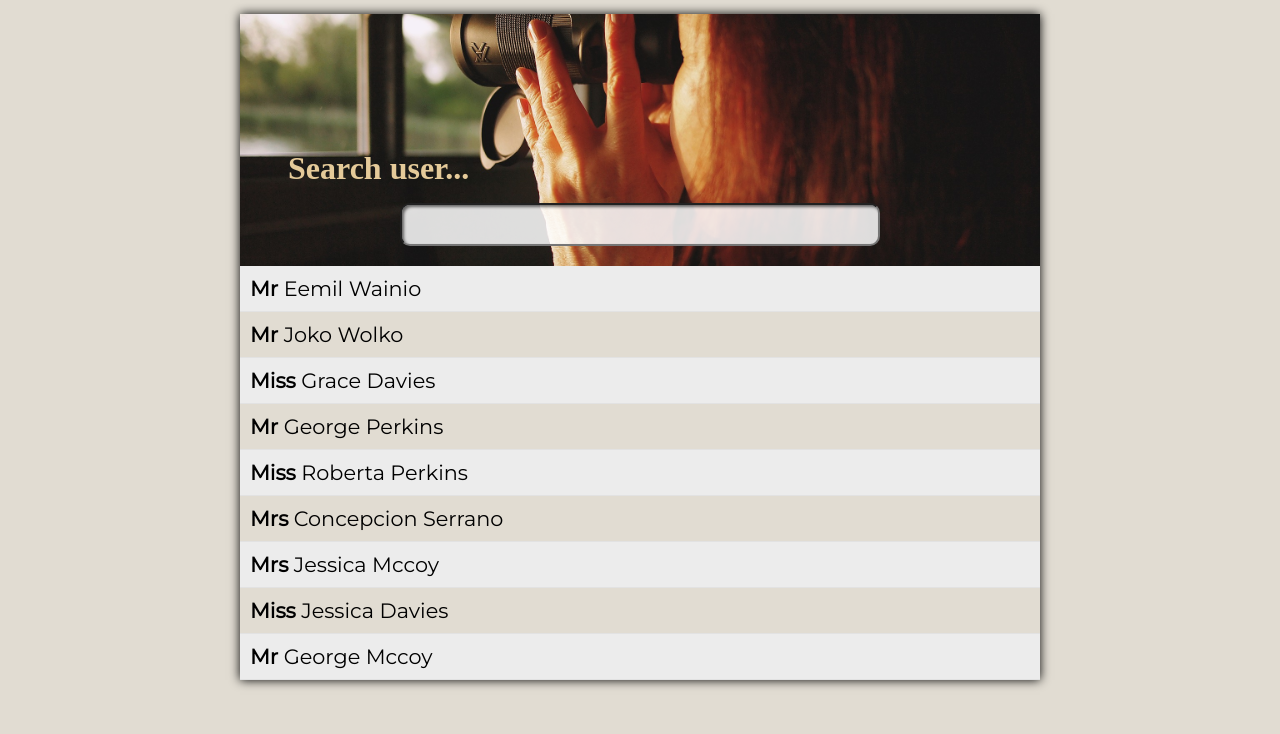
Repository: KrzysKolo/sr_tydzien5_zad4
Page: /
The author's editor kept a copy of each file at every save. The page is drawn from the files as they stood at one save, then again after the next save.
The browser window is 1280 px wide. The pictures show the whole page.
The project was rebuilt for these pictures with package versions that can differ from the ones it lists, and the page was loaded fresh each time.

Above is the page before, as saved 2021-01-03 06:07:07.

### public/index.html
<!DOCTYPE html>
<html lang="en">
  <head>
    <meta charset="utf-8" />
    <link rel="icon" href="%PUBLIC_URL%/favicon.ico" />
    <meta name="viewport" content="width=device-width, initial-scale=1" />
    <meta name="theme-color" content="#000000" />
    <meta
      name="description"
      content="Web site created using create-react-app"
    />
    <link rel="apple-touch-icon" href="%PUBLIC_URL%/logo192.png" />
    <!--
      manifest.json provides metadata used when your web app is installed on a
      user's mobile device or desktop. See https://developers.google.com/web/fundamentals/web-app-manifest/
    -->
    <link rel="manifest" href="%PUBLIC_URL%/manifest.json" />
    <!--
      Notice the use of %PUBLIC_URL% in the tags above.
      It will be replaced with the URL of the `public` folder during the build.
      Only files inside the `public` folder can be referenced from the HTML.

      Unlike "/favicon.ico" or "favicon.ico", "%PUBLIC_URL%/favicon.ico" will
      work correctly both with client-side routing and a non-root public URL.
      Learn how to configure a non-root public URL by running `npm run build`.
    -->
    <link rel="preconnect" href="https://fonts.gstatic.com">
<link href="https://fonts.googleapis.com/css2?family=Montserrat&display=swap" rel="stylesheet">
    <title>User search</title>
  </head>
  <body>
    <noscript>You need to enable JavaScript to run this app.</noscript>
    <div id="root"></div>
    <!--
      This HTML file is a template.
      If you open it directly in the browser, you will see an empty page.

      You can add webfonts, meta tags, or analytics to this file.
      The build step will place the bundled scripts into the <body> tag.

      To begin the development, run `npm start` or `yarn start`.
      To create a production bundle, use `npm run build` or `yarn build`.
    -->
  </body>
</html>

### src/App.js
import React from 'react';
import UsersContainer from './components/UsersContainer';
import Header from './components/Header';
import './App.css';


const App = () => {

  return (
    <section>
      <Header />
      <UsersContainer/>
    </section>
  )
}

export default App;

### src/components/UsersContainer.js
import React, { useState, useEffect } from 'react';


const UsersContainer = () => {

  const UsersAPI = '/users.json';

  const [ users, setUsers ] = useState([]);

  useEffect(() => {

    fetch(UsersAPI)
      .then(res => res.json())
      .then(data => {
        console.log(data.users);
        setUsers(data.users);
      })
    }, []);

    const user = users.map(user => (
      <li className="user" key={user.id}><b>{user.title}</b> {user.first} {user.last}</li>
    ))
    return (
        <ul>
					{user}
        </ul>
    )
}

export default UsersContainer;

### src/components/Header.js
import React from 'react';

const Header = () => {
    return (
        <div className="header__section">
            <h1 className="header__title">Search user...</h1>
            <div className="header__search-wrapper">
                <input className="header__search" type="text" />
            </div>
        </div>
    )
}

export default Header;

### src/App.css
* {
  box-sizing: border-box;
  padding: 0;
  margin: 0;
}
body {
  height: 100vh;
  width: 100vw;
  background-color: rgba(218, 212, 199, 0.8);
}
section {
  margin: 2vh auto;
  width: 70%;
  max-width: 800px;
  display: flex;
  flex-direction: column;
  box-shadow: 0 0 10px #000;
}
.header__section {
  height: 35vh;
  background-image: url("./images/girl.jpg");
  background-position: center;
  background-size: cover;
  display: flex;
  flex-direction: column;
  justify-content: flex-end;
}
.header__title {
  font-size: 2rem;
  margin: 0 auto 1rem 3rem;
  color: rgb(229, 202, 153);
}
.header__search-wrapper {
  width: 100%;
  margin-bottom: 20px;
  display: flex;
  justify-content: center;
}
.header__search {
  padding: 8px 10px;
  width: 60%;
  border-radius: 10px;
  background-color: rgba(255, 255, 255, 0.85);
  box-shadow: inset 2px 2px 3px 0px rgba(0, 0, 0, 0.55);
  font-size: 20px;
}
.user {
  font-size: 1.3rem;
  font-family: "Montserrat", sans-serif;
  padding: 10px;
  list-style: none;
  border-bottom: 1px solid rgb(226, 226, 226);
}
.user:nth-child(odd) {
  background: #ececec;
}

### public/users.json
{
    "users": [
      {
        "id": 1,
        "title": "Mr",
        "first": "Eemil",
        "last": "Wainio"
       },
      {
        "id": 2,
        "title": "Mr",
        "first": "Joko",
        "last": "Wolko"
      },
      {
        "id": 3,
        "title": "Miss",
        "first": "Grace",
        "last": "Davies"
      },
      {
        "id": 4,
        "title": "Mr ",
        "first": "George ",
        "last": "Perkins"
      },
      {
        "id": 5,
        "title": "Miss",
        "first": "Roberta ",
        "last": "Perkins"
      },
      {
        "id": 6,
        "title": "Mrs ",
        "first": "Concepcion ",
        "last": "Serrano"
      },
      {
        "id": 7,
        "title": "Mrs ",
        "first": "Jessica ",
        "last": "Mccoy"
      },
      {
        "id": 8,
        "title": "Miss",
        "first": "Jessica",
        "last": "Davies"
      },
      {
        "id": 9,
        "title": "Mr",
        "first": "George",
        "last": "Mccoy"
      }
    ]
  }

Loaded but not shown: src/index.js (common file)

After the next save:
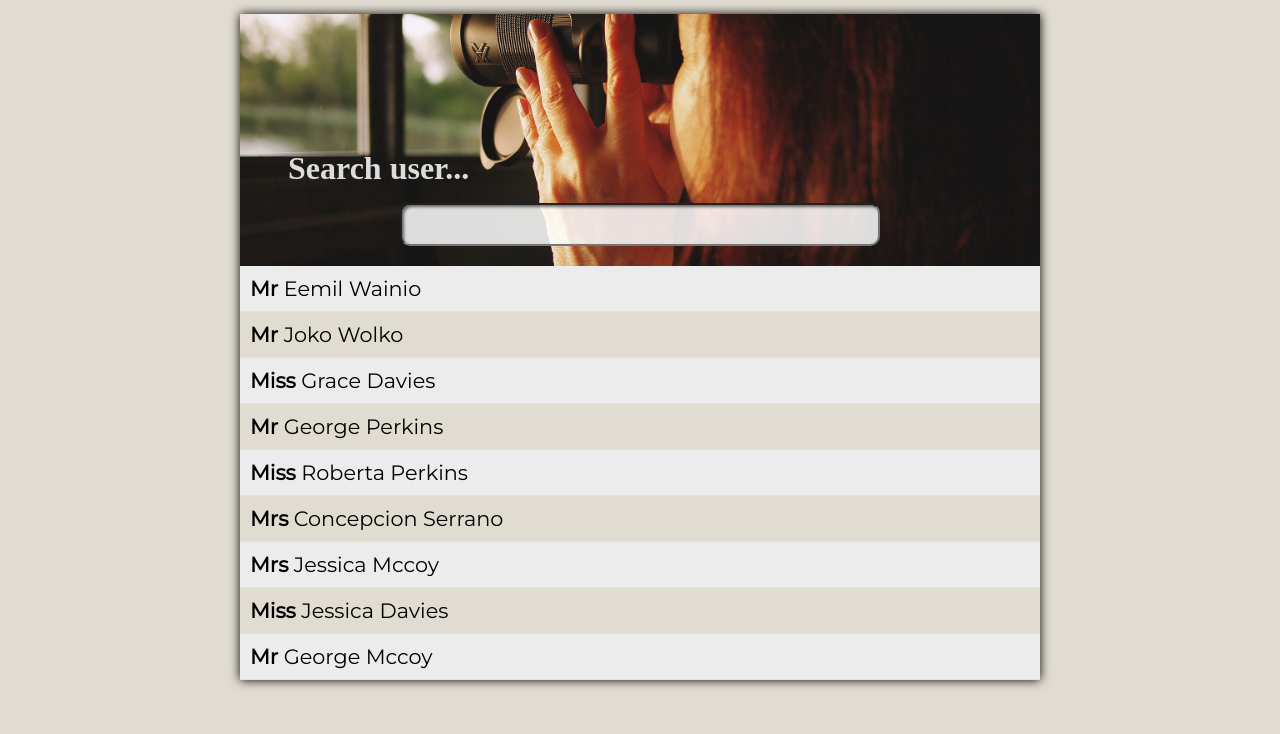
Saved 39 s later.
--- a/src/App.css
+++ b/src/App.css
@@ -28,7 +28,7 @@ section {
 .header__title {
   font-size: 2rem;
   margin: 0 auto 1rem 3rem;
-  color: rgb(229, 202, 153);
+  color: rgba(255, 255, 255, 0.85);
 }
 .header__search-wrapper {
   width: 100%;
